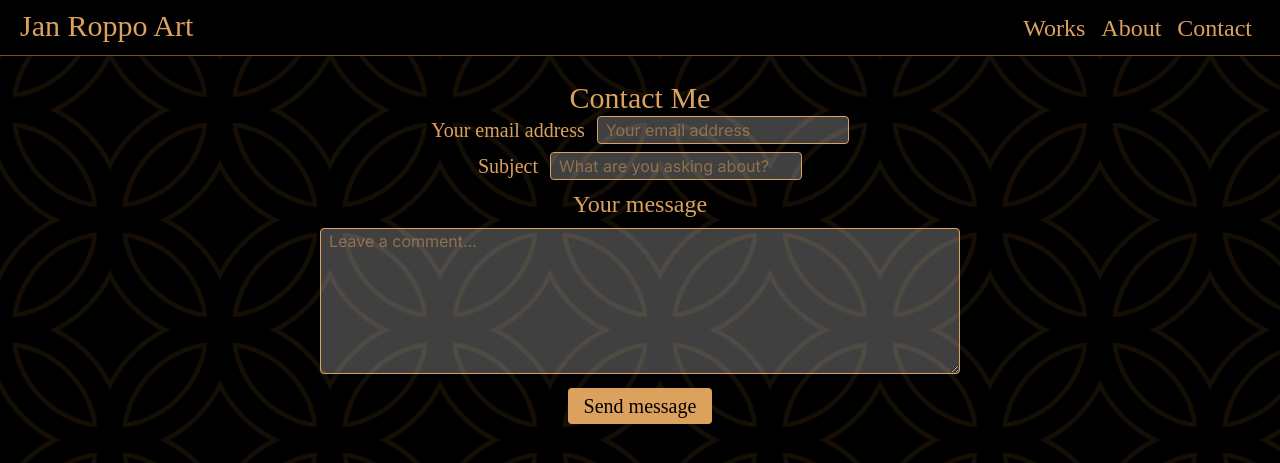
Repository: YanceMcFinn/JRArt
Page: /contact
An editor plug-in stored every save of this project. The page is shown before and after the next save, followed by the edit.
The browser window is 1280 px wide. The pictures show the whole page.
Some web fonts or font styles are not loaded; a fallback is used. The project was rebuilt for these pictures with package versions that can differ from the ones it lists, and the page was loaded fresh each time. The framework's server and built-in components were replaced by stand-ins that run in the browser. Also part of the build but not shown: next.config.js.

Above is the page before, as saved 2023-10-28 22:46:24.

### app/layout.js
import './globals.css'
import { Inter } from 'next/font/google'

import Navbar from './components/Navbar'

const inter = Inter({ subsets: ['latin'] })

export const metadata = {
  title: 'Jan Roppo Art',
  description: 'The art of Jan Roppo',
}

export default function RootLayout({ children }) {
  return (
    <html lang="en">
      <head>
        <link rel="preconnect" href="https://fonts.googleapis.com" />
        <link rel="preconnect" href="https://fonts.gstatic.com" crossorigin />
        <link href="https://fonts.googleapis.com/css2?family=Macondo+Swash+Caps&display=swap" rel="stylesheet" />
      </head>
      <body className={inter.className}>
        <Navbar />
        {children}
      </body>
    </html>
  )
}

### app/contact/page.jsx
'use client'

import Image from 'next/image'

export default function Contact() {
    return(
        <div className='text-main-color text-center justify-content-center mt-20'>
            <div className='title text-center text-3xl'>Contact Me</div>
                <form className='w-6/12 mx-auto'>
                    <div className='mb-2 flex justify-center'>
                        <label for="email" className='pr-3 title text-xl'>Your email address</label>
                        <input type="email" className='rounded px-2 bg-white/25 border border-main-color text-main-color placeholder-main-color/50 focus:border-main-color focus:border-2 focus:outline-none focus:ring-0'id="email" placeholder="Your email address" required/>
                    </div>
                    <div className='mb-2 flex justify-center'>
                        <label for="subject" className='pr-3 title text-xl'>Subject</label>
                        <input type="text" id="subject" className='rounded px-2 bg-white/25 border border-main-color text-main-color placeholder-main-color/50 focus:border-main-color focus:border-2 focus:outline-none focus:ring-0' placeholder="What are you asking about?" required/>
                    </div>
                <div class="sm:col-span-2">
              <label for="message" className='title text-2xl' >Your message</label><br/>
              <textarea id="message" rows="6" placeholder="Leave a comment..." className='rounded w-full px-2 mt-2 bg-white/25 border border-main-color text-main-color placeholder-main-color/50 focus:border-main-color focus:border-2 focus:outline-none focus:ring-0'></textarea>
          </div>
          <button type="submit" className='bg-main-color text-black title text-xl rounded px-4 py-1 mt-2'>Send message</button>
      </form>
        </div>
    )
}

### app/globals.css
@tailwind base;
@tailwind components;
@tailwind utilities;

@import url('https://fonts.googleapis.com/css2?family=Macondo+Swash+Caps&display=swap');
/* body {
 background-color: black;
} */


.title {
    font-family: 'Macondo Swash Caps', cursive;
}

html {
    --s: 220px; /* control the size */
    --c1: #150e05;
    --c2: #000000;

    --_g:radial-gradient(#0000 60%,var(--c1) 61% 63%,#0000 64% 77%,var(--c1) 78% 80%,#0000 81%);
    --_c:,#0000 75%,var(--c2) 0;
    background:
      conic-gradient(at 12% 20% var(--_c)) calc(var(--s)* .44) calc(.9*var(--s)),
      conic-gradient(at 12% 20% var(--_c)) calc(var(--s)*-.06) calc(.4*var(--s)),
      conic-gradient(at 20% 12% var(--_c)) calc(.9*var(--s)) calc(var(--s)* .44),
      conic-gradient(at 20% 12% var(--_c)) calc(.4*var(--s)) calc(var(--s)*-.06),
      var(--_g),var(--_g) calc(var(--s)/2) calc(var(--s)/2) var(--c2);
    background-size: var(--s) var(--s);
    background-attachment: fixed;
  }

### app/components/Navbar.jsx
import React from "react";

const Navbar = () => {
    return(
    <>
    <div className="top-0 w-full z-10 h-14 bg-black px-5 py-2 text-main-color border-b border-b-main-color/50 fixed">
      <div className="float-left title text-3xl">
        <a className="hover:text-white" href="/">Jan Roppo Art</a>
      </div>
      <div className="mt-1 float-right title text-2xl">
        <ul>
        <li className="inline px-2">
            <a href="/" className="hover:text-white">Works</a>
          </li>
          <li className="inline px-2">
            <a href="/about" className="hover:text-white">About</a>
          </li>
          <li className="inline px-2">
            <a href="/contact" className="hover:text-white">Contact</a>
          </li>
        </ul>
      </div>
    </div>
    </>

    )
}

export default Navbar

### tailwind.config.js
/** @type {import('tailwindcss').Config} */
module.exports = {
  content: [
    './pages/**/*.{js,ts,jsx,tsx,mdx}',
    './components/**/*.{js,ts,jsx,tsx,mdx}',
    './app/**/*.{js,ts,jsx,tsx,mdx}',
  ],
  theme: {
    extend: {
      backgroundImage: {
      },
      colors: {
        'main-color': '#dda15e'
      },
    },
  },
  plugins: [],
}

After the next save:
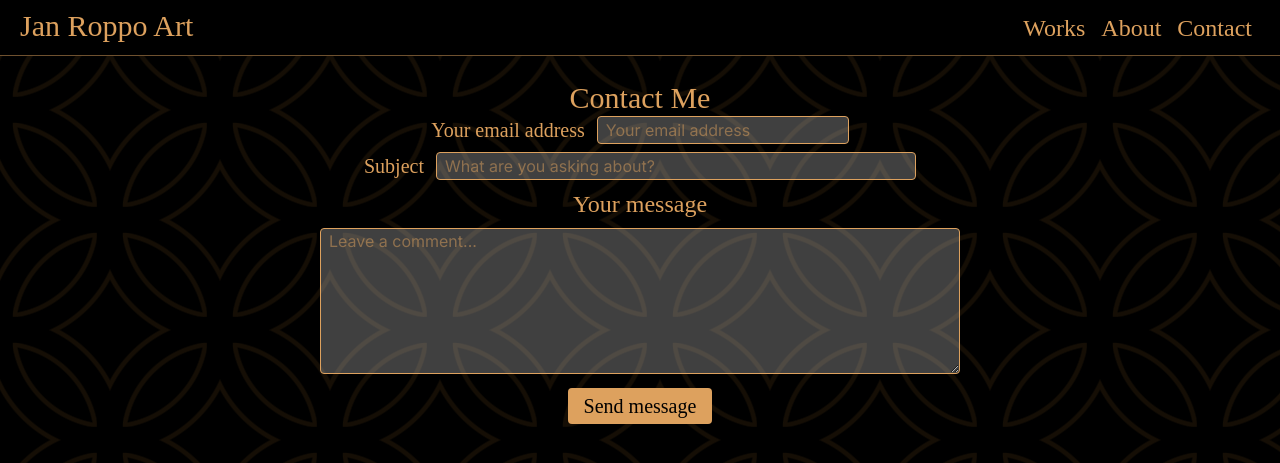
Saved 21 s later.
--- a/app/contact/page.jsx
+++ b/app/contact/page.jsx
@@ -13,7 +13,7 @@ export default function Contact() {
                     </div>
                     <div className='mb-2 flex justify-center'>
                         <label for="subject" className='pr-3 title text-xl'>Subject</label>
-                        <input type="text" id="subject" className='rounded px-2 bg-white/25 border border-main-color text-main-color placeholder-main-color/50 focus:border-main-color focus:border-2 focus:outline-none focus:ring-0' placeholder="What are you asking about?" required/>
+                        <input type="text" id="subject" className='rounded w-9/12 px-2 bg-white/25 border border-main-color text-main-color placeholder-main-color/50 focus:border-main-color focus:border-2 focus:outline-none focus:ring-0' placeholder="What are you asking about?" required/>
                     </div>
                 <div class="sm:col-span-2">
               <label for="message" className='title text-2xl' >Your message</label><br/>
